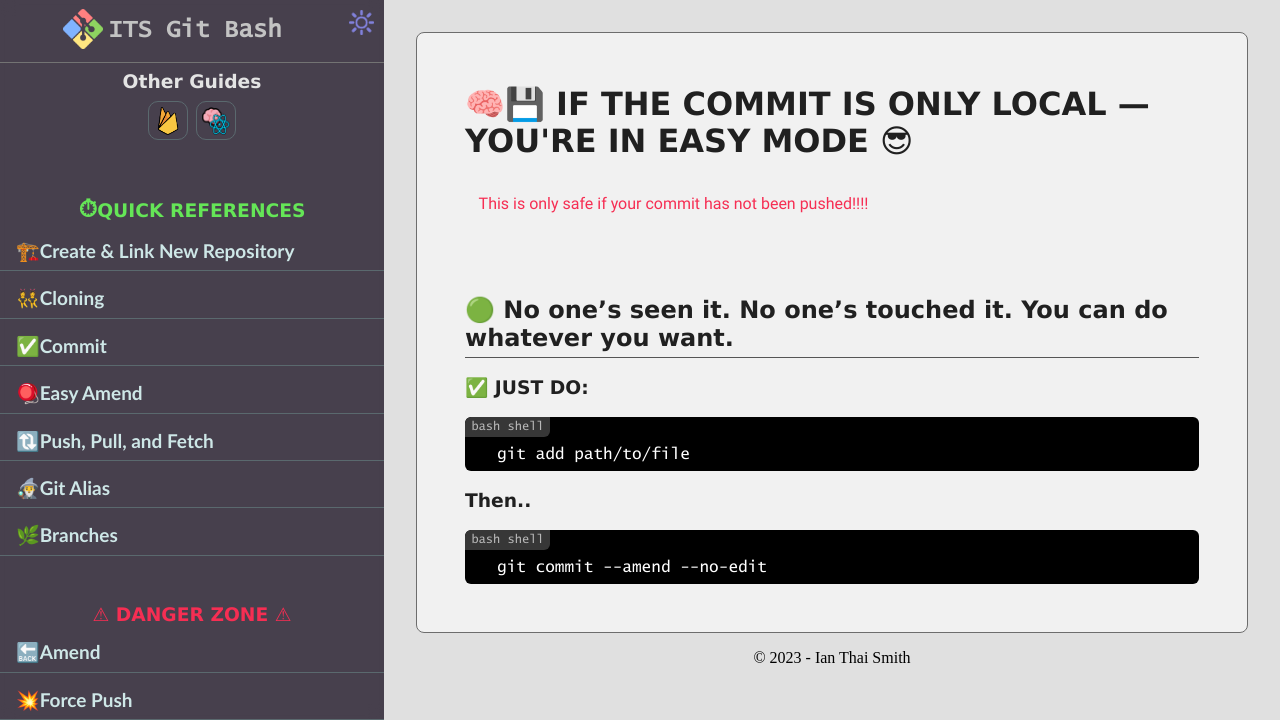
Repository: whyDoILoveThis/project__ITS_Git_Bash
Page: html/easy-amend.html
An editor plug-in stored every save of this project. The page is shown before and after the next save, followed by the edit.
The browser window is 1280 px wide. The pictures show the whole page.

Above is the page before, as saved 2025-07-06 06:24:06.

After the next save:
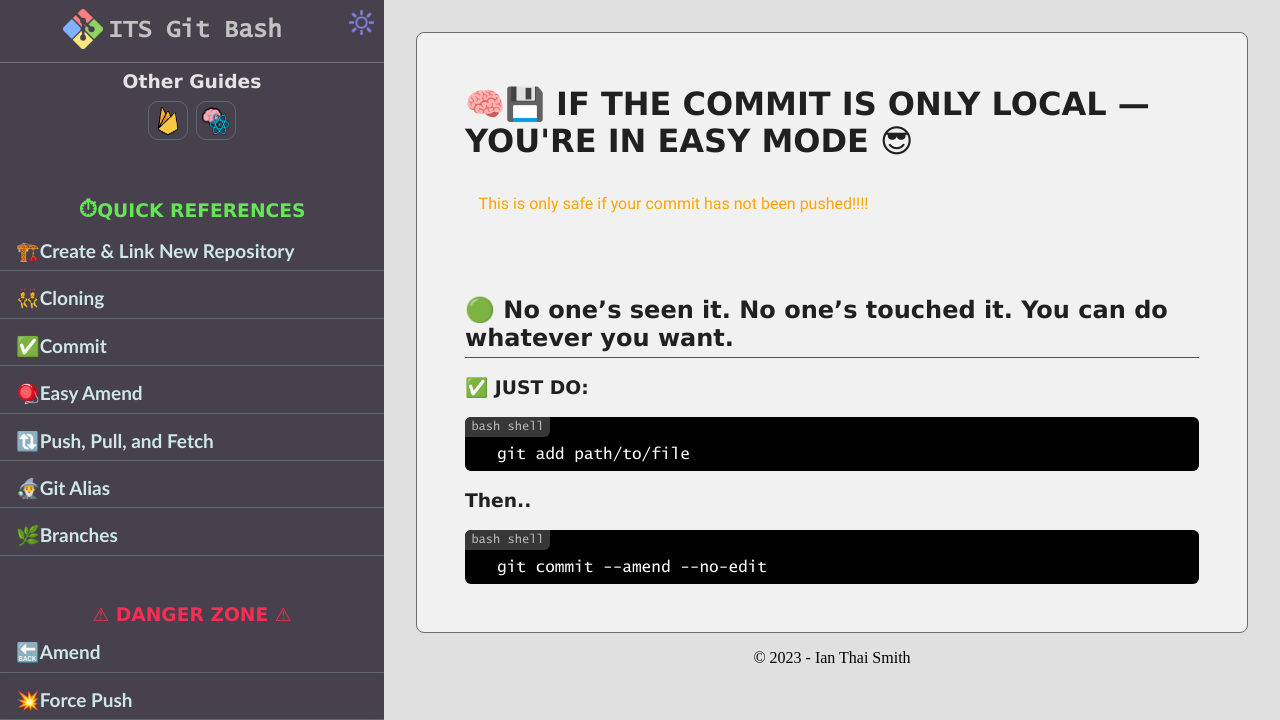
Saved 9 s later.
--- a/html/easy-amend.html
+++ b/html/easy-amend.html
@@ -14,7 +14,7 @@
       <section class="article-wrap">
         <article class="article">
           <h1>🧠💾 IF THE COMMIT IS ONLY LOCAL — YOU'RE IN EASY MODE 😎</h1>
-          <p class="red">
+          <p class="orng">
             This is only safe if your commit has not been pushed!!!!
           </p>
           <h2>
